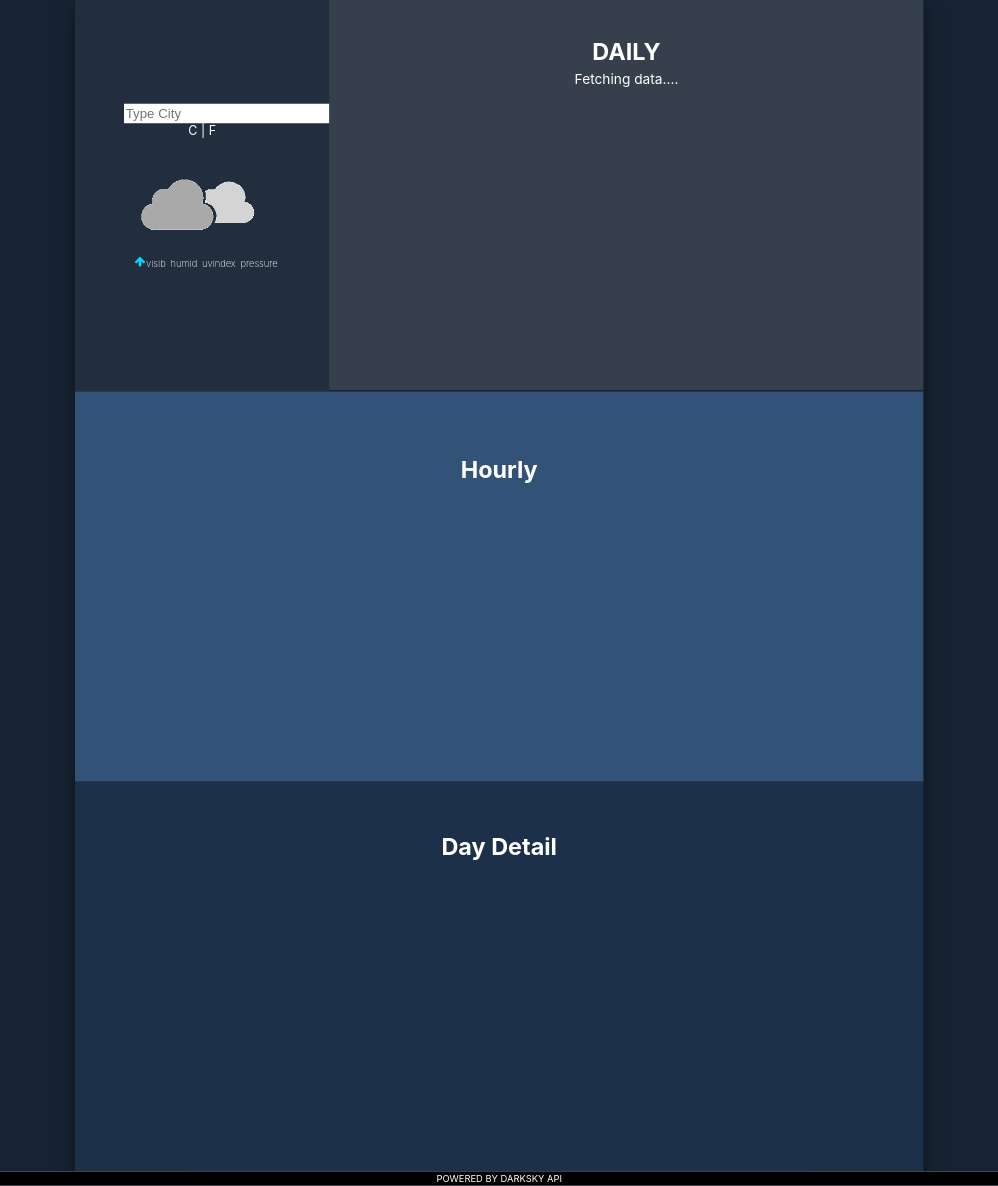
Repository: DOODpls/assignment3_weather
Page: index.html
The author's editor kept a copy of each file at every save. The page is drawn from the files as they stood at one save, then again after the next save.
The browser window is 1280 px wide. The pictures show the whole page, at 78% of full size.
Some web fonts or font styles are not loaded; a fallback is used. Some web libraries are served in a nearby version.

Above is the page before, as saved 2020-01-07 19:21:23.

After the next save:
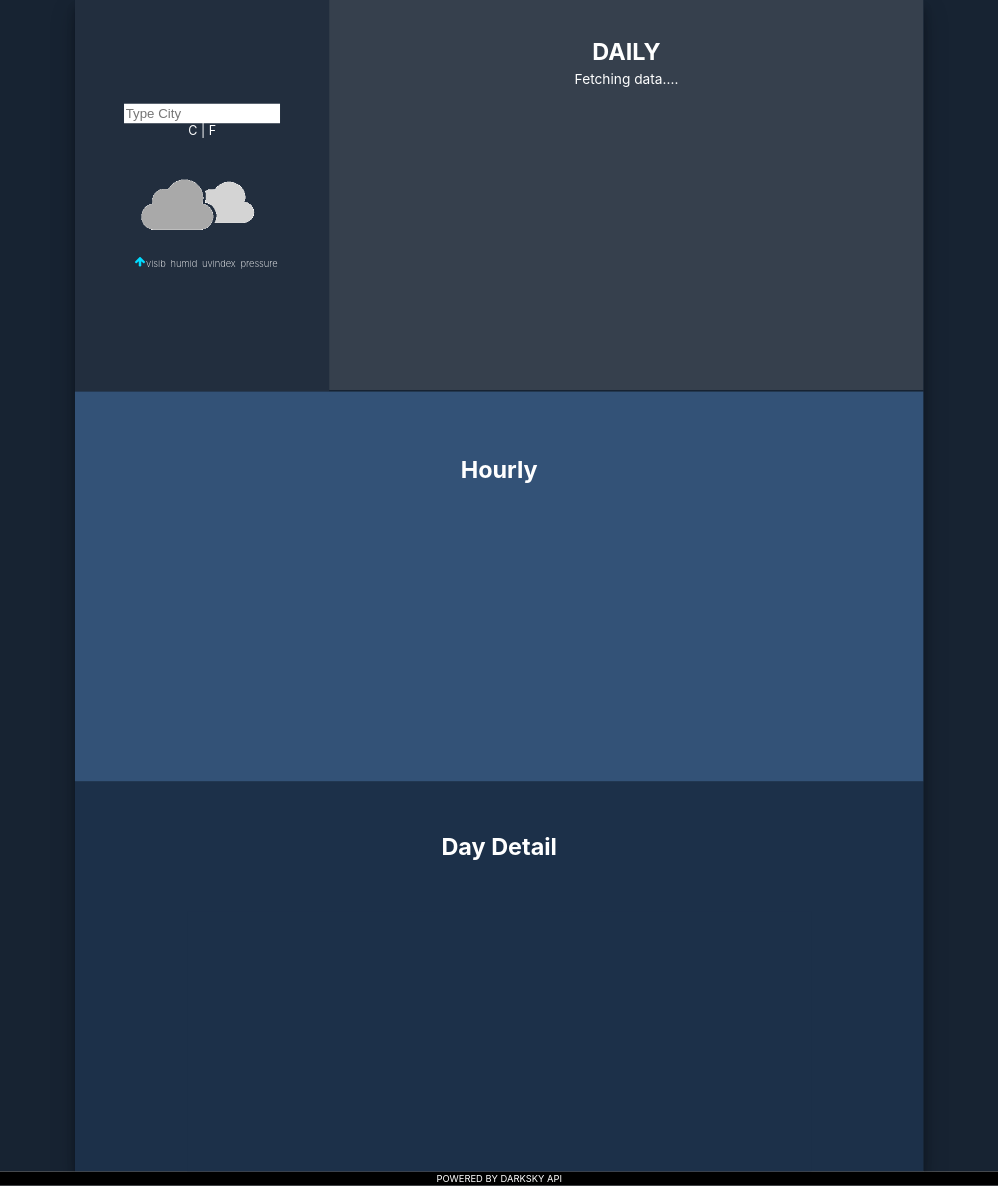
Saved 4 s later.
--- a/styles.css
+++ b/styles.css
@@ -136,7 +136,7 @@
 }
 .city-text{
   border-radius: 0px;
-  width: 300px;
+  width: 200px;
   height: 25px;
   font-family: Arial, Helvetica, sans-serif;
   font-size: 17px;
